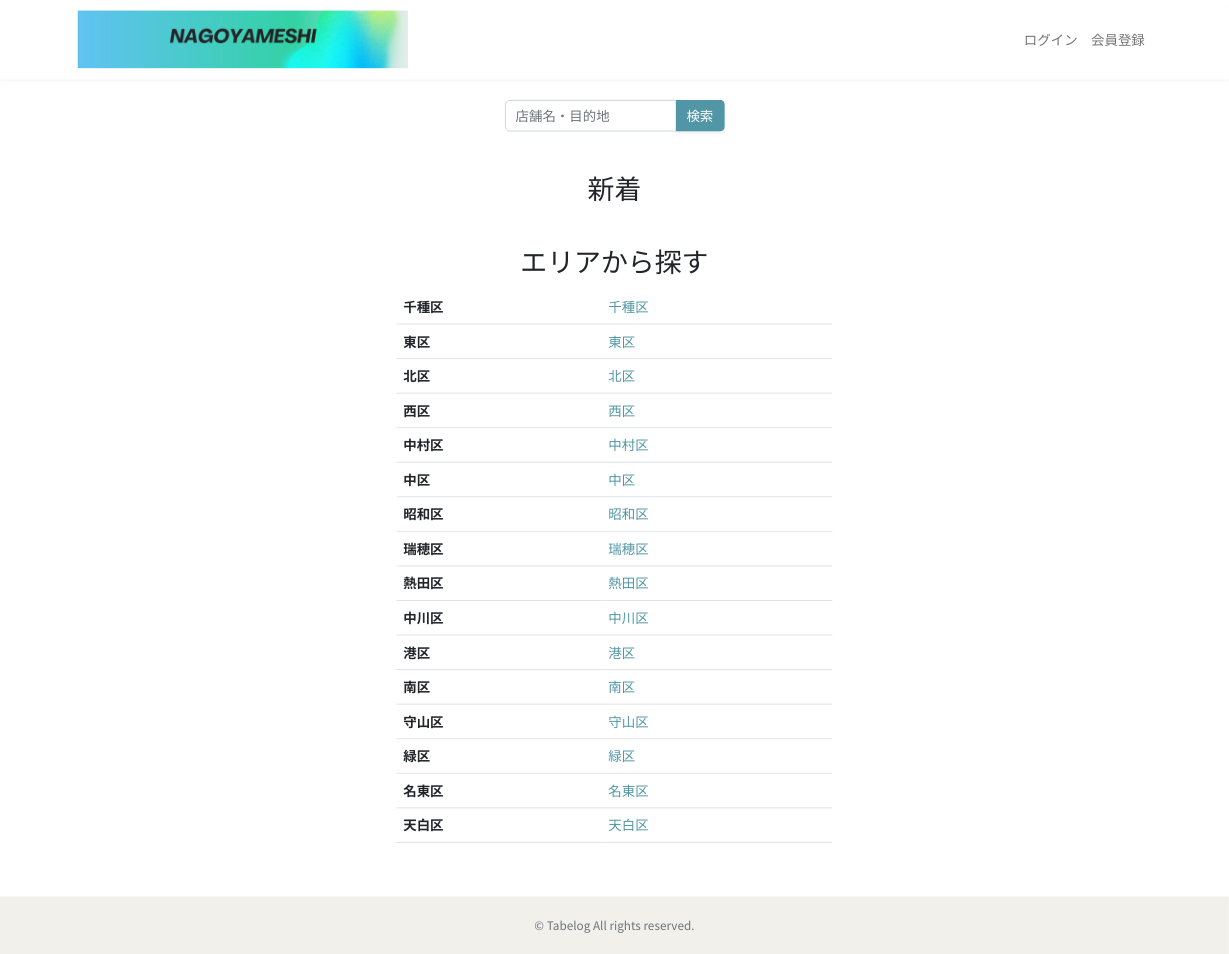
Repository: KokiMiz/db-basic-kadai
Page: http://localhost/index
The author's editor kept a copy of each file at every save. The page is drawn from the files as they stood at one save, then again after the next save.
The browser window is 1280 px wide. The pictures show the whole page, at 96% of full size.
The page is this project's Thymeleaf template; nobody is signed in. The template is opened directly, without the code that normally fills it, so the values that code supplies are empty.

Above is the page before, as saved 2024-09-04 11:01:59.

### Desktop/食べログ風アプリ/kadai_002/tabelog/src/main/resources/templates/index.html
<!DOCTYPE html>
<html xmlns:th="https://www.thymeleaf.org" xmlns:sec="http://www.thymeleaf.org/extras/spring-security">
    <head>
         <meta charset="UTF-8">
         <meta name="viewport" content="width=device-width, initial-scale=1">
         <div th:replace="~{fragment :: meta}"></div>

         <div th:replace="~{fragment :: styles}"></div>

        <title>NAGOYAMESHI</title>
    </head>
    <body>
         <div class="tabelog-wrapper">
             <!-- ヘッダー -->
             <div th:replace="~{fragment :: header}"></div>

             <main>
                 <div class="container pt-4 pb-5 tabelog-container">
                     <div th:if="${param.loggedIn}" class="alert alert-info">
                         ログインしました。
                     </div>

                     <div th:if="${param.loggedOut}" class="alert alert-info">
                         ログアウトしました。
                     </div>
                     <div th:if="${successMessage}" class="alert alert-info">
                         <span th:text="${successMessage}"></span>
                     </div>

              	<div class="d-flex justify-content-center">
    <form method="get" th:action="@{/shops}" class="mb-5 tabelog-search-form">
        <div class="input-group">
            <input type="text" class="form-control" name="keyword" th:value="${keyword}" placeholder="店舗名・目的地">
            <button type="submit" class="btn text-white shadow-sm tabelog-btn">検索</button>
        </div>
    </form>
</div>

<h2 class="text-center mb-3">新着</h2>
<div class="row row-cols-lg-5 row-cols-2 g-3 mb-5">
    <div class="col" th:each="newShop : ${newShops}">
        <a th:href="@{/shops/__${newShop.shopId}__}" class="link-dark tabelog-card-link">
            <div class="card h-100">
                <img th:if="${newShop.getImageName()}" th:src="@{/storage/__${newShop.getImageName()}__}" class="card-img-top tabelog-vertical-card-image" alt="店舗画像">
                <img th:unless="${newShop.getImageName()}" th:src="@{/images/noImage.png}" class="card-img-top tabelog-vertical-card-image" alt="NO IMAGE">
                <div class="card-body">
                    <h3 class="card-title" th:text="${newShop.getName()}"></h3>
                    <p class="card-text mb-1">
                        <small class="text-muted" th:text="${newShop.getAddress()}"></small>
                    </p>
                    <p class="card-text">
                        <span th:text="${#numbers.formatInteger(newShop.getPrice(), 1, 'COMMA') + '円 / 泊'}"></span>
                    </p>
                </div>
            </div>
        </a>
    </div>
</div>

<div class="row justify-content-center">
    <div class="col-xl-5 col-lg-6 col-md-8">
        <h2 class="text-center mb-3">エリアから探す</h2>
        <table class="table">
            <tbody>
                <tr>
                    <th>千種区</th>
                    <td>
                        <a th:href="@{/shops?area=千種区}">千種区</a>
                    </td>
                </tr>
                <tr>
                    <th>東区</th>
                    <td>
                        <a th:href="@{/shops?area=東区}" class="me-2">東区</a>
                    </td>
                </tr>
                <tr>
                    <th>北区</th>
                    <td>
                        <a th:href="@{/shops?area=北区}" class="me-2">北区</a>
                    </td>
                </tr>
                <tr>
                    <th>西区</th>
                    <td>
                        <a th:href="@{/shops?area=西区}" class="me-2">西区</a>
                    </td>
                </tr>
                <tr>
                    <th>中村区</th>
                    <td>
                        <a th:href="@{/shops?area=中村区}" class="me-2">中村区</a>
                    </td>
                </tr>
                <tr>
                    <th>中区</th>
                    <td>
                        <a th:href="@{/shops?area=中区}" class="me-2">中区</a>
                    </td>
                </tr>
                <tr>
                    <th>昭和区</th>
                    <td>
                        <a th:href="@{/shops?area=昭和区}" class="me-2">昭和区</a>
                    </td>
                </tr>
                <tr>
                    <th>瑞穂区</th>
                    <td>
                        <a th:href="@{/shops?area=瑞穂区}" class="me-2">瑞穂区</a>
                    </td>
                </tr>
                <tr>
                    <th>熱田区</th>
                    <td>
                        <a th:href="@{/shops?area=熱田区}" class="me-2">熱田区</a>
                    </td>
                </tr>
                <tr>
                    <th>中川区</th>
                    <td>
                        <a th:href="@{/shops?area=中川区}" class="me-2">中川区</a>
                    </td>
                </tr>
                <tr>
                    <th>港区</th>
                    <td>
                        <a th:href="@{/shops?area=港区}" class="me-2">港区</a>
                    </td>
                </tr>
                <tr>
                    <th>南区</th>
                    <td>
                        <a th:href="@{/shops?area=南区}" class="me-2">南区</a>
                    </td>
                </tr>
                <tr>
                    <th>守山区</th>
                    <td>
                        <a th:href="@{/shops?area=守山区}" class="me-2">守山区</a>
                    </td>
                </tr>
                <tr>
                    <th>緑区</th>
                    <td>
                        <a th:href="@{/shops?area=緑区}" class="me-2">緑区</a>
                    </td>
                </tr>
                <tr>
                    <th>名東区</th>
                    <td>
                        <a th:href="@{/shops?area=名東区}" class="me-2">名東区</a>
                    </td>
                </tr>
                <tr>
                    <th>天白区</th>
                    <td>
                        <a th:href="@{/shops?area=天白区}">天白区</a>
                    </td>
                </tr>
            </tbody>
        </table>
    </div>
</div>
                 </div>
             </main>

             <!-- フッター -->
             <div th:replace="~{fragment :: footer}"></div>
         </div>

         <div th:replace="~{fragment :: scripts}"></div>
	</body>
</html>

### Desktop/食べログ風アプリ/kadai_002/tabelog/src/main/resources/templates/fragment.html
<!DOCTYPE html>
<html xmlns:th="https://www.thymeleaf.org" xmlns:sec="http://www.thymeleaf.org/extras/spring-security">
    <head>
        <!-- meta要素の部品化 -->
        <div th:fragment="meta" th:remove="tag">
            <meta charset="UTF-8">
            <meta name="viewport" content="width=device-width, initial-scale=1">
        </div>

        <!-- link要素の部品化 -->
        <div th:fragment="styles" th:remove="tag">
            <!-- Bootstrap -->
            <link href="https://cdn.jsdelivr.net/npm/bootstrap@5.2.3/dist/css/bootstrap.min.css" rel="stylesheet" integrity="sha384-rbsA2VBKQhggwzxH7pPCaAqO46MgnOM80zW1RWuH61DGLwZJEdK2Kadq2F9CUG65" crossorigin="anonymous">

            <!-- Google Fonts -->
            <link rel="preconnect" href="https://fonts.googleapis.com">
            <link rel="preconnect" href="https://fonts.gstatic.com" crossorigin>
            <link href="https://fonts.googleapis.com/css2?family=Noto+Sans+JP:wght@400;500&display=swap" rel="stylesheet">

            <link th:href="@{/css/style.css}" rel="stylesheet">
        </div>

        <title>食べログ風アプリ</title>
    </head>
    <body>
        <!-- ヘッダーの部品化 -->
        <div th:fragment="header" th:remove="tag">
            <nav class="navbar navbar-expand-md navbar-light bg-white shadow-sm samuraitravel-navbar">
                <div class="container samuraitravel-container">
                    <a class="navbar-brand" th:href="@{/}">
                        <img class="samuraitravel-logo me-1" th:src="@{/images/logo.png}" alt="Tabelog">
                    </a>
                             <!-- ここから追加部分 -->
                <!-- Navbar toggle button for mobile view -->
                <button class="navbar-toggler" type="button" data-bs-toggle="collapse" data-bs-target="#navbarSupportedContent" aria-controls="navbarSupportedContent" aria-expanded="false" aria-label="Toggle navigation">
                    <span class="navbar-toggler-icon"></span>
                </button>

                <!-- Navbar content -->
                <div class="collapse navbar-collapse" id="navbarSupportedContent">
                    <ul class="navbar-nav ms-auto">
                        <!-- 未ログインであれば表示する -->
                        <li class="nav-item" sec:authorize="isAnonymous()">
                            <a class="nav-link" th:href="@{/login}">ログイン</a>
                        </li>
						<li class="nav-item" sec:authorize="isAnonymous()">
                                 <a class="nav-link" th:href="@{/signup}">会員登録</a>
                             </li>
                        <!-- ログイン済みであれば表示する -->
                        <li class="nav-item dropdown" sec:authorize="hasRole('ROLE_GENERAL')">
                            <a id="navbarDropdownGeneral" class="nav-link dropdown-toggle" href="#" role="button" data-bs-toggle="dropdown" aria-haspopup="true" aria-expanded="false" v-pre>
                                <span sec:authentication="principal.user.name"></span>
                            </a>

                            <div class="dropdown-menu dropdown-menu-end" aria-labelledby="navbarDropdownGeneral">
								<a class="dropdown-item samuraitravel-dropdown-item" th:href="@{/user}">会員情報</a>

                                     <div class="dropdown-divider"></div>

                                <a class="dropdown-item tabelog-dropdown-item" th:href="@{/logout}" onclick="event.preventDefault(); document.getElementById('logout-form').submit();">
                                    ログアウト
                                </a>
                                <form class="d-none" id="logout-form" th:action="@{/logout}" method="post"></form>
                            </div>
                        </li>

                        <!-- 管理者であれば表示する -->
                        <li class="nav-item dropdown" sec:authorize="hasRole('ROLE_ADMIN')">
                            <a id="navbarDropdownAdmin" class="nav-link dropdown-toggle" href="#" role="button" data-bs-toggle="dropdown" aria-haspopup="true" aria-expanded="false" v-pre>
                                管理者メニュー
                            </a>

                            <div class="dropdown-menu dropdown-menu-end" aria-labelledby="navbarDropdownAdmin">
								<a class="dropdown-item samuraitravel-dropdown-item" th:href="@{/admin/users}">会員一覧</a>
                                <a class="dropdown-item tabelog-dropdown-item" th:href="@{/admin/shops}">店舗一覧</a>

                                <div class="dropdown-divider"></div>

                                <a class="dropdown-item tabelog-dropdown-item" th:href="@{/logout}" onclick="event.preventDefault(); document.getElementById('logout-form').submit();">
                                    ログアウト
                                </a>
                                <form class="d-none" id="logout-form" th:action="@{/logout}" method="post"></form>
                            </div>
                        </li>
                    </ul>
                </div>

                </div>
            </nav>
        </div>

        <!-- フッターの部品化 -->
        <div th:fragment="footer" th:remove="tag">
            <footer>
                <div class="d-flex justify-content-center align-items-center h-100">
                    <p class="text-center text-muted small mb-0">&copy; Tabelog All rights reserved.</p>
                </div>
            </footer>
        </div>

        <!-- script要素の部品化 -->
        <div th:fragment="scripts" th:remove="tag">
            <!-- Bootstrap -->
            <script src="https://cdn.jsdelivr.net/npm/bootstrap@5.2.3/dist/js/bootstrap.bundle.min.js" integrity="sha384-kenU1KFdBIe4zVF0s0G1M5b4hcpxyD9F7jL+jjXkk+Q2h455rYXK/7HAuoJl+0I4" crossorigin="anonymous"></script>
        </div>
    </body>

### Desktop/食べログ風アプリ/kadai_002/tabelog/src/main/resources/static/css/style.css
html {
   font-size: 14px;
 }

 body {
   font-family: 'Noto Sans JP', sans-serif;
 }

 h1 {
   font-size: 1.5rem;
 }

 h3 {
   font-size: 1.25rem;
 }

 a {
   color: #5196a6;
   text-decoration: none !important;
 }

 a:hover {
     color: #407784;
 }

 footer {
   width: 100%;
   height: 60px;
   position: absolute;
   bottom: 0;
   background-color: #f2f0eb;
 }

 .tabelog-wrapper {
   min-height: 100vh;
   position: relative;
   padding-bottom: 60px;
   box-sizing: border-box;
 }

 .tabelog-navbar {
   min-height: 60px;
 }

 .tabelog-logo {
   height: 30px;
 }

 .tabelog-btn {
   background-color: #5196a6 !important;
   transition: 0.1s;
 }

 .tabelog-btn:hover {
   opacity: 0.8;
 }

 .tabelog-page-link {
   color: #5196a6;
 }

 .tabelog-page-link:hover {
   color: #407784;
 }

 .tabelog-active {
   background-color: #5196a6 !important;
   border-color: #5196a6 !important;
 }

 .tabelog-pre-wrap {
	 white-space: pre-wrap;
 }

  .tabelog-link-danger {
     color: #f2594b;
 }

 .tabelog-link-danger:hover {
     color: #a63c3c;
 }

 .tabelog-btn-danger {
     background-color: #f2594b !important;
     transition: 0.1s;
 }

 .tabelog-btn-danger:hover {
   opacity: 0.8;
 }

  .tabelog-dropdown-item:active {
   background-color: #5196a6;
 }

 tabelog-card-link {
   transition: 0.3s;
 }

 .tabelog-card-link:hover {
   opacity: 0.7;
 }

 .tabelog-horizontal-card-image {
   width: 100%;
   height: 240px;
   object-fit: cover;
 }

.tabelog-sort-box {
   width: 150px;
 }
 @media screen and (min-width: 1400px) {
   .tabelog-container {
     max-width: 1200px;
   }
 }

After the next save:
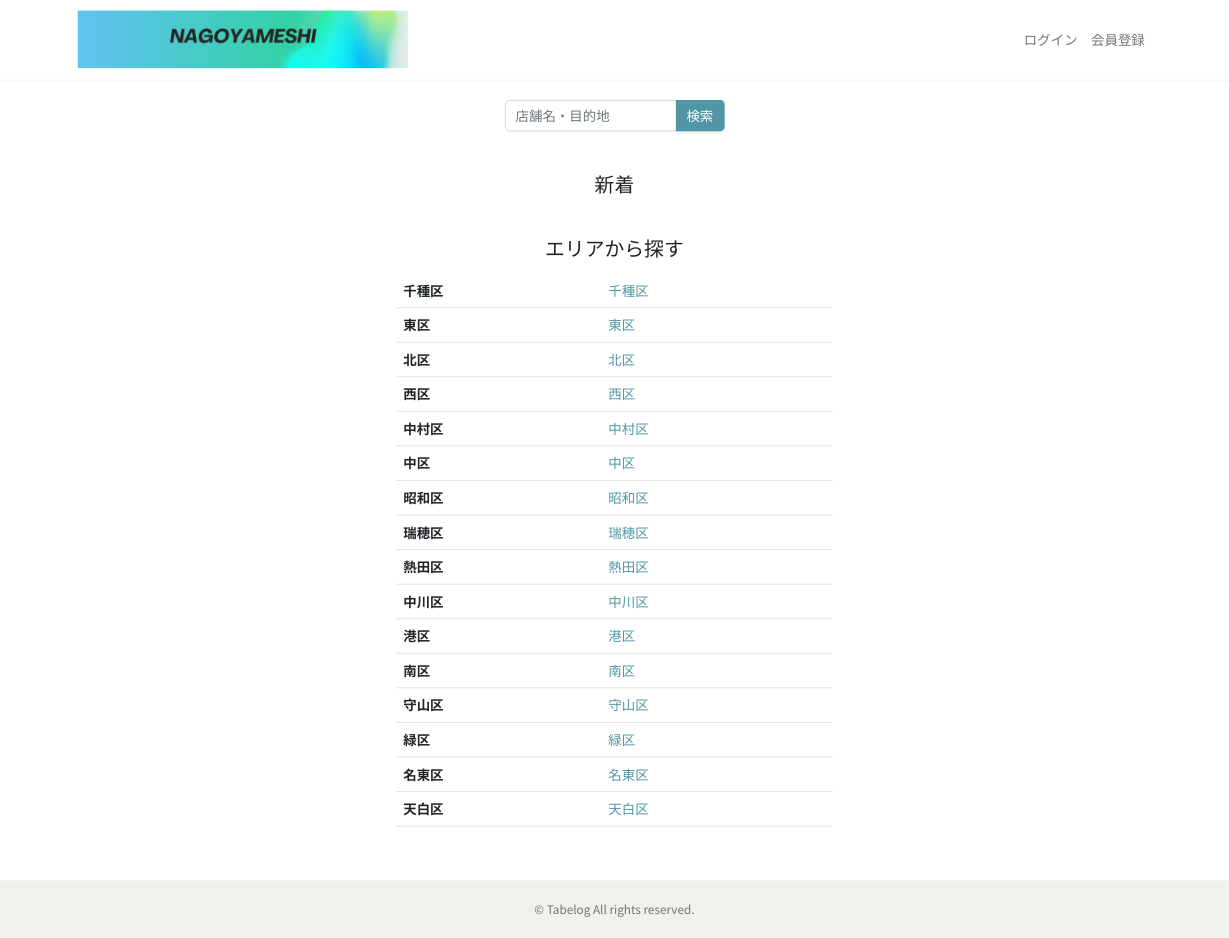
Saved 35 s later.
--- a/Desktop/食べログ風アプリ/kadai_002/tabelog/src/main/resources/static/css/style.css
+++ b/Desktop/食べログ風アプリ/kadai_002/tabelog/src/main/resources/static/css/style.css
@@ -12,6 +12,10 @@ html {
 
  h3 {
    font-size: 1.25rem;
+ }
+
+ h2 {
+   font-size: 1.475rem;
  }
 
  a {
